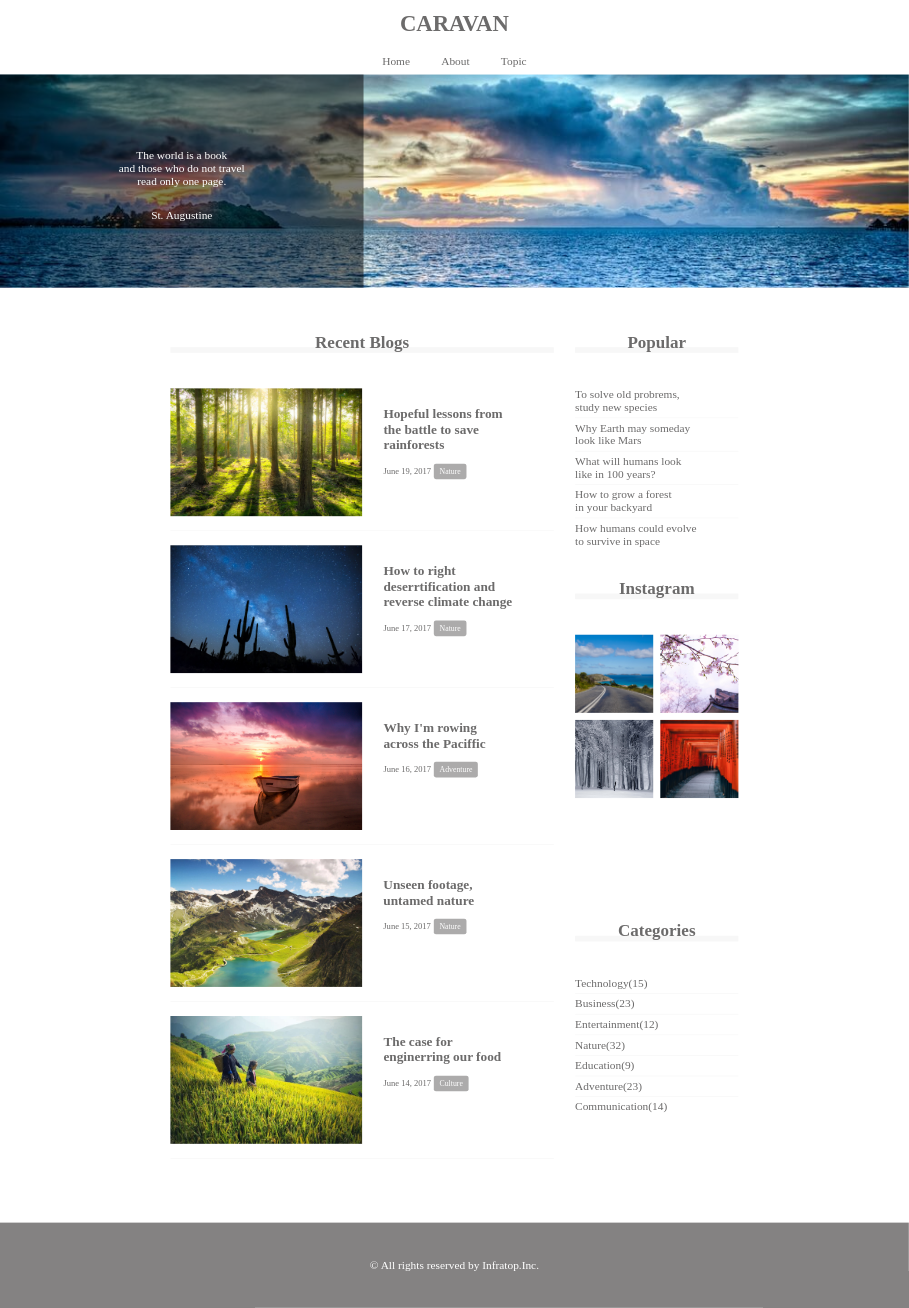
Repository: RAM-OK/git-practice
Page: caravan/index.html
The author's editor kept a record of every edit. The page is drawn from the files as they stood at one moment, then again after the next edit.
The browser window is 1280 px wide. The pictures show the whole page, at 71% of full size.

Above is the page before.

### caravan/index.html
<!DOCTYPE html>
<html lang="ja">
  <head>
    <meta charset="UTF-8" />
    <!-- CSSファイルの読み込み -->
    <link rel="stylesheet" href="style.css" />
    <title>CARAVAN</title>
  </head>

  <body>
    <!-- header -->
    <header>
      <h1 class="heading">
        <a href="index.html">
          CARAVAN
        </a>
      </h1>
    </header>

    <!-- navigation -->
    <nav>
      <ul class="nav-list">
        <li class="nav-list-item">
          <a href="index.html">Home</a>
        </li>
        <li class="nav-list-item">About</li>
        <li class="nav-list-item">Topic</li>
        </ul>
    </nav>

    <!-- main-visual用のdiv -->
    <div class="main-visual">
      <div class="main-visual-content">
    <p class="main-visual-text">
      The world is a book<br />
      and those who do not travel<br />
      read only one page.
    </p>
    <p class="main-visual-name">
      St. Augustine
    </p>
    　</div>
    </div>

    <!-- main用のdiv -->
    <main>
      <section class="blog">
        <h2 class="blog-heading">Recent Blogs</h2>
        <div class="blog-box">
        <div class="blog-item">
          <img class="blog-image" src="img/forest.jpg">
          <section class="blog-text">
            <h3 class="blog-text-heading">
              <a href="single.html">
                Hopeful lessons from<br />
                the battle to save<br />
                rainforests
              </a>
            </h3>
            <p class="blog-date">June 19, 2017</p>
            <span class="category">Nature</span>
          </section>
        </div>
        <div class="blog-item">
          <img class="blog-image" src="img/desert.jpg">
          <section class="blog-text">
            <h3 class="blog-text-heading">
              <a href="single.html">
                How to right<br />
                deserrtification and<br />
                reverse climate change
              </a>
            </h3>
            <p class="blog-date">June 17, 2017</p>
            <span class="category">Nature</span>
          </section>
        </div>
        <div class="blog-item">
          <img class="blog-image" src="img/sunset.jpg">
          <section class="blog-text">
            <h3 class="blog-text-heading">
              <a href="single.html">
                Why I'm rowing<br />
                across the Paciffic<br />
              </a>
            </h3>
            <p class="blog-date">June 16, 2017</p>
            <span class="category">Adventure</span>
          </section>
        </div>
        <div class="blog-item">
          <img class="blog-image" src="img/italy.jpg">
          <section class="blog-text">
            <h3 class="blog-text-heading">
              <a href="single.html">
                Unseen footage,<br />
                untamed nature
              </a>
            </h3>
            <p class="blog-date">June 15, 2017</p>
            <span class="category">Nature</span>
          </section>
        </div>
        <div class="blog-item">
          <img class="blog-image" src="img/asia.jpg">
          <section class="blog-text">
            <h3 class="blog-text-heading">
              <a href="single.html">
                The case for<br />
                enginerring our food
              </a>
            </h3>
            <p class="blog-date">June 14, 2017</p>
            <span class="category">Culture</span>
          </section>
        </div>
        </div>
      </section>
      <div class="sidebar">
        <section class="popular">
          <h2 class="popular-heading common-heading">Popular</h2>
          <div class="sidebar-contents">
            <p class="popular-text">
            To solve old probrems,<br>
            study new species
            </p>
            <p class="popular-text">
              Why Earth may someday<br>
              look like Mars
            </p>
            <p class="popular-text">
              What will humans look<br>
              like in 100 years?
            </p>
            <p class="popular-text">
              How to grow a forest<br>
              in your backyard
            </p>
            <p class="popular-text">
              How humans could evolve<br>
              to survive in space
            </p>
          </div>
        </section>
        <section class="instagram">
          <h2 class="instagram-heading common-heading">Instagram</h2>
          <div class="sidebar-contents">
            <div class="instagram-box"></div>
            <div class="instagram-box"></div>
            <div class="instagram-box"></div>
            <div class="instagram-box"></div>
            <div class="instagram-box"></div>
            <div class="instagram-box"></div>
          </div>
        </section>
        <section class="categories">
          <h2 class="categories-heading common-heading">Categories</h2>
          <div class="sidebar-contents">
            <p class="categories-text">Technology(15)</p>
            <p class="categories-text">Business(23)</p>
            <p class="categories-text">Entertainment(12)</p>
            <p class="categories-text">Nature(32)</p>
            <p class="categories-text">Education(9)</p>
            <p class="categories-text">Adventure(23)</p>
            <p class="categories-text">Communication(14)</p>
          </div>
        </section>
      </div>
    </main>

    <!-- footer -->
    <footer>
      <p class="footer-text">︎© All rights reserved by Infratop.Inc. </p>
    </footer>
  </body>
</html>

### caravan/style.css
/* ブラウザがそれぞれ持っているCSSをリセットするための記述 */
* {
  margin: 0;
  padding: 0;
  box-sizing: border-box;
  color: #6c6b6b;
}

a {
  text-decoration: none;
}

header {
  width: 90%; /* 横幅90% */
  padding: 15px 0;
  margin: 0 auto;
  text-align: center;
}

header .heading { /* headerタグ内のheadingクラスにのみ反映される */
 font-size: 32px;
}

.nav-list {
  text-align: center;
  padding: 10px 0;
  margin: 0 auto;
}

.nav-list-item {
  list-style: none;
  display: inline-block;
  margin: 0 20px;
}

.main-visual {
  width: 100%; /* 横幅いっぱい */
  height: 300px; /* 高さ300px */
  background-image: url(img/mv.jpg);
  background-size: cover; /* 縦横比を維持したまま背景領域を埋め尽くす */
  background-position: center; /* 背景画像を中央に配置 */
}

.main-visual-content {
  width: 40%; /* 横幅40% */
  height: 300px; /* 親の高さに揃える */
  background-color: rgba(0,0,0,0.5); /* 背景色を半透明の黒にする */
  text-align: center; /* 文字を中央揃えにする */
  padding-top: 105px; /* 上側の内側余白で垂直方向の位置を調整 */
}

.main-visual-text {
  color: #fff; /* 文字色を白に変更 */
}

.main-visual-name {
  margin-top: 30px; /* 上側の外側の余白 */
  color: #fff; /* 文字色を白に変更 */
}

main {
 width: 800px; /* 横幅800px */
 display: flex; /* Flexboxの利用 */
 justify-content: center; /* 要素横並び・中央寄せ */
 margin: 0 auto; /* 要素の中央揃え */
 padding: 70px 0; /* 上下に70px、左右に0pxの余白 */
}

.blog {
  width: 540px;
  margin-right: 30px; /* 領域の右側余白 */
}

.blog-heading {
  border-bottom: 8px solid #f7f7f7;
  text-align: center;
  line-height: 0.6;
}

.blog-box {
  padding-top: 50px;
}

.blog-item {
  padding-bottom: 20px;
  margin-bottom: 20px;
  border-bottom: 1px solid #f7f7f7;
  display: flex;
  justify-content: flex-start;
}

.blog-image {
  height: 180px;
}

.blog-text {
  padding: 25px 0 0 30px;
}

.blog-text-heading {
  padding-bottom: 15px;
}

.blog-date {
  font-size: 12px;
  display: inline-block;
}

.category {
  display: inline-block;
  padding: 5px 8px;
  background-color: #acabab;
  border-radius: 3px;
  color: #fff;
  font-size: 11px;
}

.sidebar {
  width: 230px;
}

.common-heading {
  border-bottom: 8px solid #f7f7f7;
  text-align: center;
  line-height: 0.6;
}

.sidebar-contents {
  padding: 50px 0;
}

.popular-text,
.categories-text {
  padding-bottom: 5px;
  border-bottom: 1px solid #f7f7f7;
  margin-bottom: 5px;
}

.popular-text:last-child,
.categories-text:last-child {
  margin: 0;
  padding: 0;
  border: none;
}

.instagram .sidebar-contents {
  display: flex;
  flex-wrap: wrap;
}

.instagram-box {
  width: 110px;
  padding-top: 110px;
  background-size: cover;
  background-position: center;
  margin-bottom: 10px;
}

.instagram-box:nth-child(odd) {
  margin: 0 10px 10px 0;
}

.instagram-box:nth-child(1) {
  background-image: url(img/airport.jpg);
}

.instagram-box:nth-child(2) {
  background-image: url(img/japan.jpg);
}

.instagram-box:nth-child(3) {
  background-image: url(img/snow.jpg);
}

.instagram-box:nth-child(4) {
  background-image: url(img/japan2.jpg);
}

.instagram-box:nth-child(1) {
  background-image: url(img/lake.jpg);
}

.instagram-box:nth-child(1) {
  background-image: url(img/road.jpg);
}

footer {
  width: 100%;
  height: 120px;
  text-align: center;
  line-height: 120px;
  background-color: #848282;
}

.footer-text {
  color: #fff;
}

After the next edit:
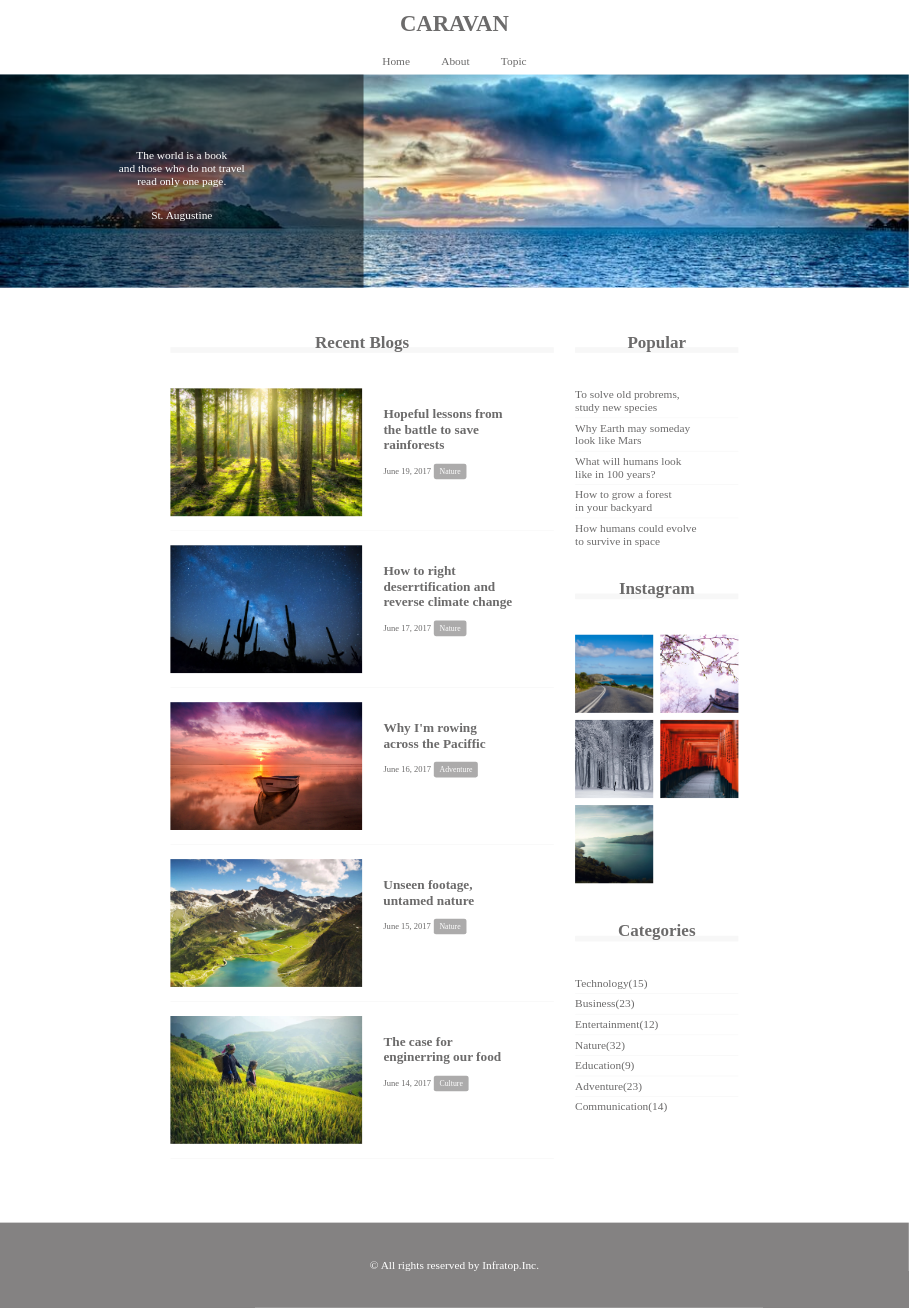
The edit:
--- a/caravan/style.css
+++ b/caravan/style.css
@@ -176,7 +176,7 @@
   background-image: url(img/japan2.jpg);
 }
 
-.instagram-box:nth-child(1) {
+.instagram-box:nth-child(5) {
   background-image: url(img/lake.jpg);
 }
 
